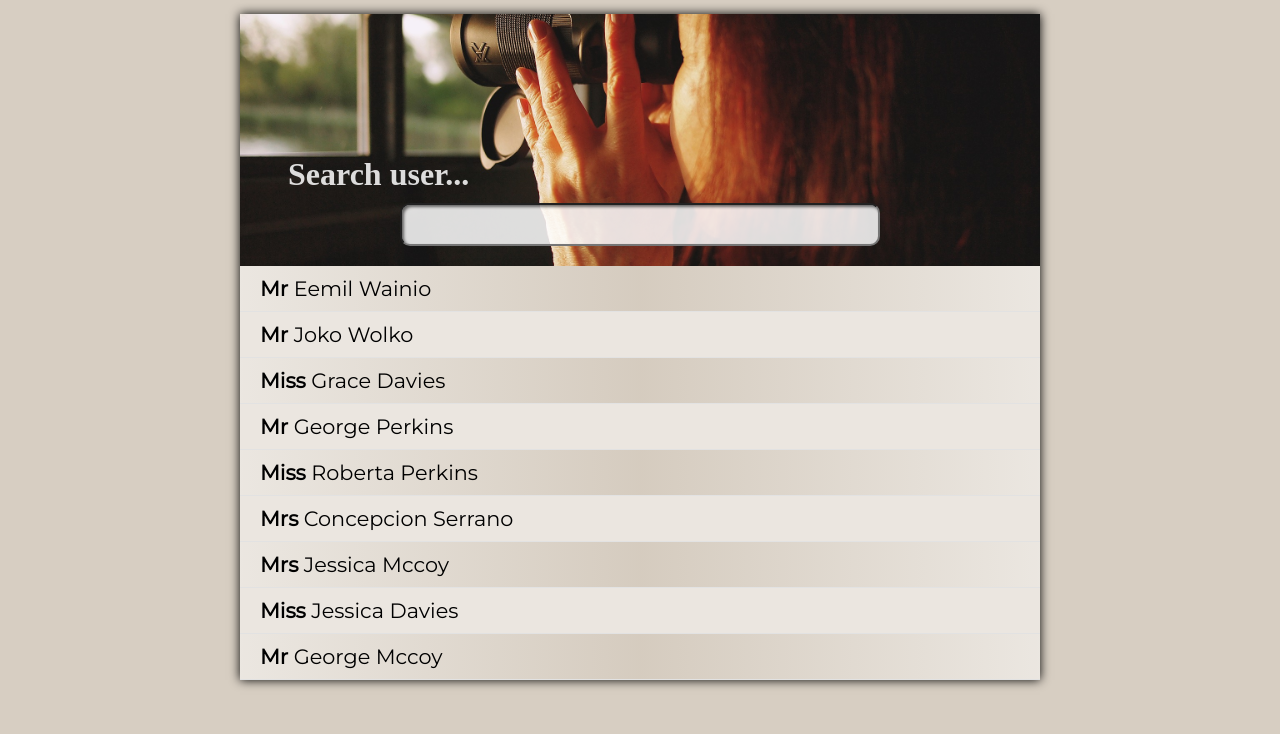
Repository: KrzysKolo/sr_tydzien5_zad4
Page: /
These files come from the project's save history. The page is drawn as it stood at one moment and after the next save; the edit follows.
The browser window is 1280 px wide. The pictures show the whole page.
Some web fonts or font styles are not loaded; a fallback is used. The project was rebuilt for these pictures with package versions that can differ from the ones it lists, and the page was loaded fresh each time.

Above is the page before, as saved 2021-01-03 06:29:09.

After the next save:
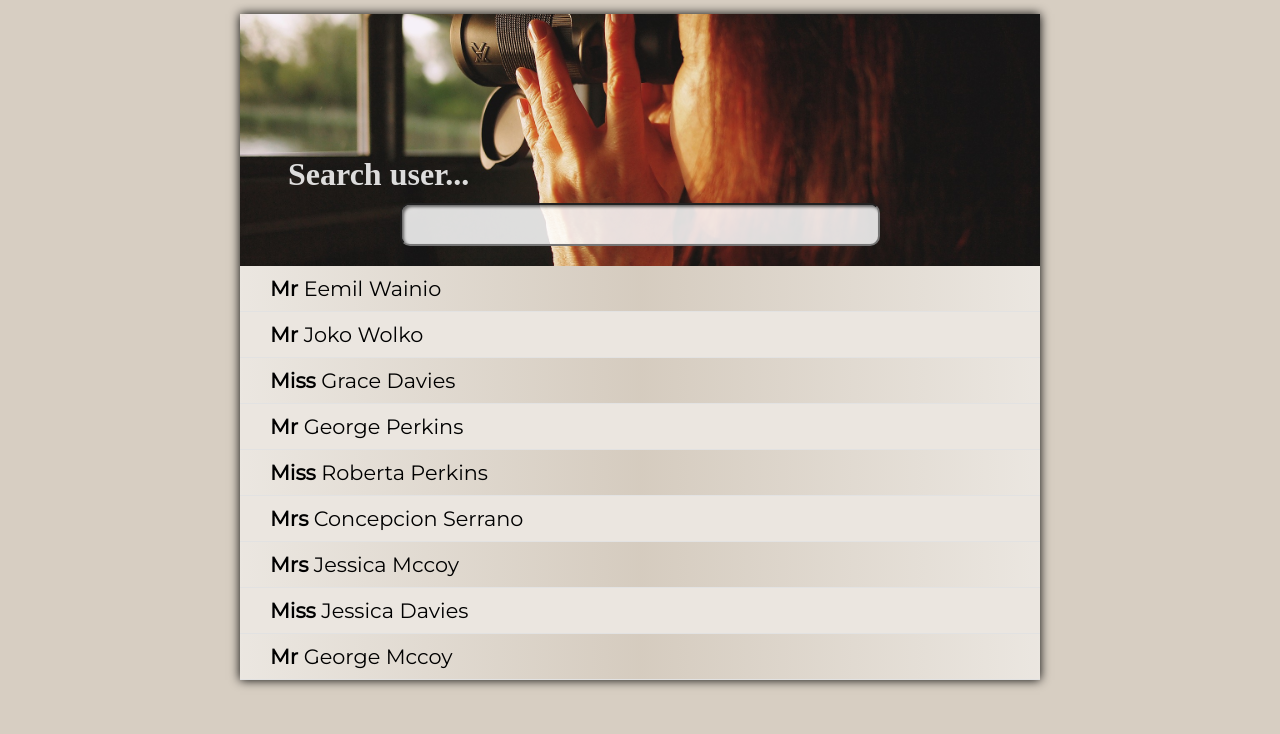
Saved 10 s later.
--- a/src/App.css
+++ b/src/App.css
@@ -48,7 +48,7 @@ section {
 .user {
   font-size: 1.3rem;
   font-family: "Montserrat", sans-serif;
-  padding: 10px 20px;
+  padding: 10px 30px;
   list-style: none;
   border-bottom: 1px solid rgb(226, 226, 226);
   background-color: rgba(255, 255, 255, 0.5);
